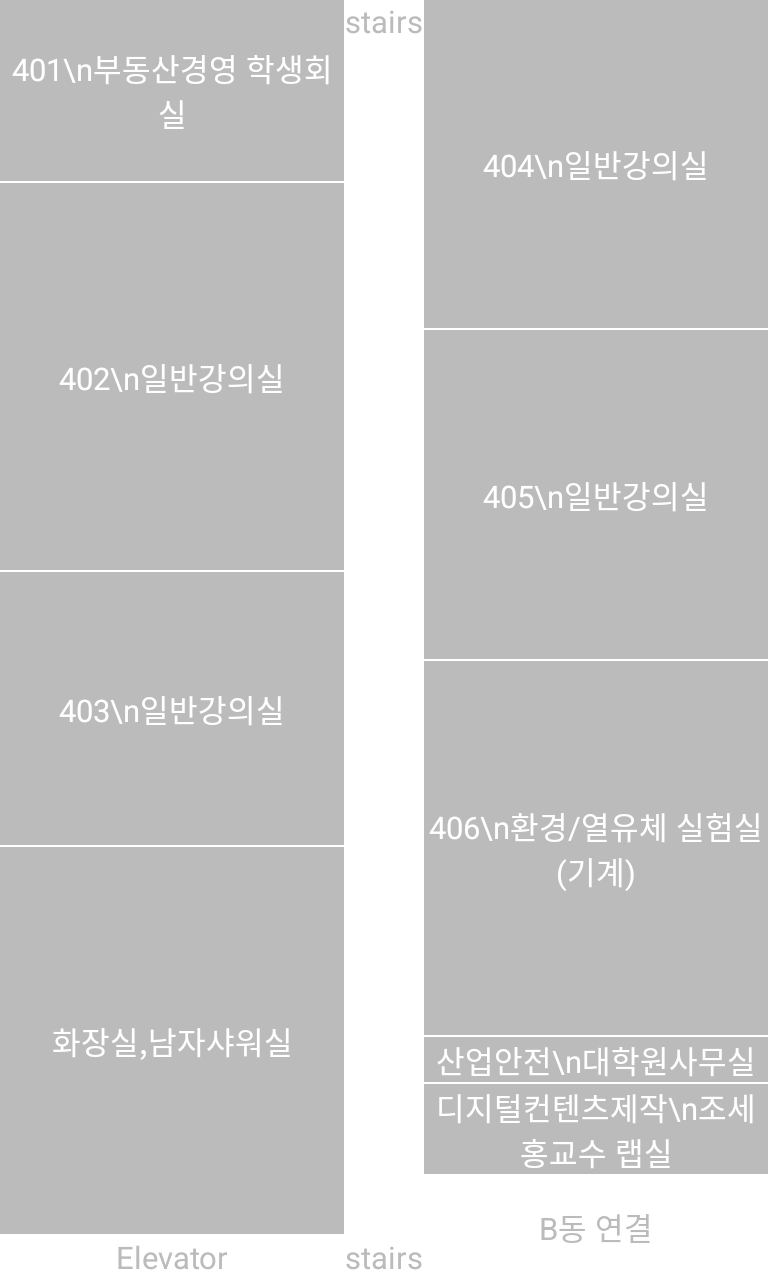
Repository: Choi-HyunWoo/Baddest
Layout: WorkOn_Hyunwoo/hansung.campusmap/res/layout/campus_gonghakb5.xml
These files come from the project's save history. The layout is drawn as it stood at one moment and after the next save; the edit follows.
It is drawn on a 768 x 1280 px phone screen (xhdpi) without system bars, with theme android:Theme.Light.NoTitleBar; the app's code is not run.

Above is the layout before, as saved 2014-05-30 13:14:04.

### WorkOn_Hyunwoo/hansung.campusmap/res/layout/campus_gonghakb5.xml
<?xml version="1.0" encoding="utf-8"?>
<LinearLayout  xmlns:android="http://schemas.android.com/apk/res/android"
    android:baselineAligned="false"
    android:layout_width="match_parent"
    android:layout_height="match_parent"
    android:orientation="horizontal" >

    <LinearLayout
        android:layout_width="fill_parent"
        android:layout_height="match_parent"
        android:layout_weight="1"
        android:orientation="vertical" >

        <Button
            style="@style/RoomButton"
            android:layout_weight="0.8"
            android:text="401\n부동산경영 학생회실" />

        <Button
            android:text="402\n일반강의실"
            android:layout_weight="3"
            style="@style/RoomButton" />
        <Button
            android:text="403\n일반강의실"
            android:layout_weight="2"
            style="@style/RoomButton" />
        <Button
            android:text="화장실,남자샤워실"
            android:layout_weight="3"
            style="@style/RoomButton" />
        <Button
            android:text="Elevator"
            android:layout_weight="0"
            style="@style/WhitePlace" />

    </LinearLayout>

    <RelativeLayout
    	android:layout_width="40dp"
        android:layout_height="match_parent"
        android:orientation="vertical" >
	    <TextView
	        android:text="stairs"
	        style="@style/WhitePlace"
	        android:layout_width="match_parent"
	        android:layout_height="wrap_content"
	        android:layout_alignParentTop="true" />
	    <TextView
	        android:text="stairs"
	        style="@style/WhitePlace"
	        android:layout_width="match_parent"
	        android:layout_height="wrap_content"
	        android:layout_alignParentBottom="true" />
	</RelativeLayout>

    <LinearLayout
        android:layout_width="fill_parent"
        android:layout_height="match_parent"
        android:layout_weight="1"
        android:orientation="vertical" >

        <Button
            android:text="404\n일반강의실"
            android:layout_weight="5"
            style="@style/RoomButton" />

        <Button
            style="@style/RoomButton"
            android:layout_weight="5"
            android:text="405\n일반강의실" />

        <Button
            android:text="406\n환경/열유체 실험실(기계)"
            android:layout_weight="5"
            style="@style/RoomButton" />

        <Button
            style="@style/RoomButton"
            android:layout_height="wrap_content"
            android:text="산업안전\n대학원사무실" />

        <Button
            style="@style/RoomButton"
            android:layout_height="wrap_content"
            android:text="디지털컨텐츠제작\n조세홍교수 랩실" />

        <Button
            android:text="B동 연결"
            android:layout_weight="1"
            style="@style/WhitePlace" />

    </LinearLayout>
</LinearLayout>

### WorkOn_Hyunwoo/hansung.campusmap/res/values/styles.xml
<resources xmlns:android="http://schemas.android.com/apk/res/android">


    <style name="BuildingButton">
        <item name="android:background">@drawable/bt_selector</item>
        <item name="android:textColor">@color/White</item>
        <item name="android:gravity">center</item>
        <item name="android:textSize">6pt</item>
        <item name="android:layout_gravity">fill</item>
        <item name="android:layout_margin">2dp</item>
    </style>
    <style name="MapOthers">
		<item name="android:background">@color/White</item>
        <item name="android:textColor">@color/LightGray</item>
        <item name="android:gravity">center</item>
        <item name="android:textSize">5pt</item>
        <item name="android:layout_gravity">fill</item>
        <item name="android:layout_margin">2dp</item>
    </style>

    <style name="RoomButton">
        <item name="android:background">@drawable/bt_selector</item>
		<item name="android:layout_width">match_parent</item>
        <item name="android:layout_height">wrap_content</item>
        <item name="android:layout_marginBottom">1dp</item>
        <item name="android:gravity">center</item>
        <item name="android:textColor">@color/White</item>
        <item name="android:textSize">7pt</item>
    </style>
    <style name="WhitePlace">
        <item name="android:background">@color/White</item>
		<item name="android:layout_width">match_parent</item>
        <item name="android:layout_height">wrap_content</item>
        <item name="android:layout_marginBottom">1dp</item>
        <item name="android:gravity">center</item>
        <item name="android:textColor">@color/LightGray</item>
        <item name="android:textSize">7pt</item>
    </style>

    <style name="NullPlace">
        <item name="android:background">#dddddd</item>
		<item name="android:layout_width">match_parent</item>
        <item name="android:layout_height">wrap_content</item>
        <item name="android:layout_marginBottom">1dp</item>
        <item name="android:gravity">center</item>
        <item name="android:textColor">@color/LightGray</item>
        <item name="android:textSize">7pt</item>
    </style>

    <style name="FloorButton">
        <item name="android:background">@color/DarkGray</item>
		<item name="android:layout_width">wrap_content</item>
        <item name="android:layout_height">30dp</item>
        <item name="android:layout_marginRight">1dp</item>
        <item name="android:layout_weight">1</item>
        <item name="android:gravity">center</item>
        <item name="android:textColor">@color/White</item>
        <item name="android:textSize">6pt</item>
    </style>


</resources>

### WorkOn_Hyunwoo/hansung.campusmap/res/values/colors.xml
<resources>





    <color name="MainColor">#33B5E5</color>
    <color name="DarkSkyblue">#0099CC</color>
    <color name="White">#FFFFFF</color>
    <color name="Black">#000000</color>
    <color name="LightGray">#BBBBBB</color>
    <color name="DarkGray">#999999</color>

</resources>

### WorkOn_Hyunwoo/hansung.campusmap/res/drawable-hdpi/bt_selector.xml
<?xml version="1.0" encoding="utf-8"?>
<selector xmlns:android="http://schemas.android.com/apk/res/android" >
    <item android:state_pressed="true"
        android:drawable="@color/MainColor" /> <!-- pressed button color -->
    <item
        android:drawable="@color/LightGray" /> <!-- default button color -->
</selector>

After the next save:
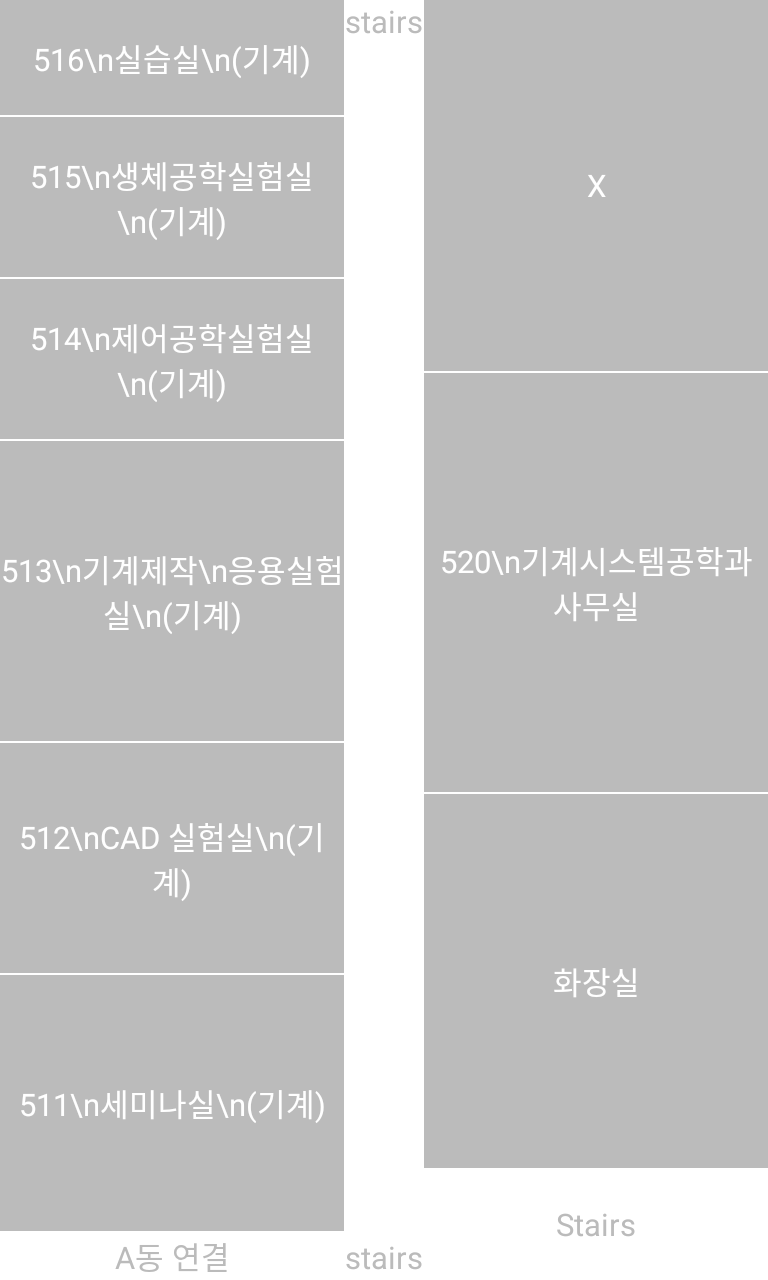
Saved 39 min 49 s later.
--- a/WorkOn_Hyunwoo/hansung.campusmap/res/layout/campus_gonghakb5.xml
+++ b/WorkOn_Hyunwoo/hansung.campusmap/res/layout/campus_gonghakb5.xml
@@ -10,26 +10,32 @@
         android:layout_height="match_parent"
         android:layout_weight="1"
         android:orientation="vertical" >
-
         <Button
-            style="@style/RoomButton"
-            android:layout_weight="0.8"
-            android:text="401\n부동산경영 학생회실" />
-
+            android:text="516\n실습실\n(기계)"
+            android:layout_weight="1"
+            style="@style/RoomButton" />
         <Button
-            android:text="402\n일반강의실"
+            android:text="515\n생체공학실험실\n(기계)"
+            android:layout_weight="1"
+            style="@style/RoomButton" />
+        <Button
+            android:text="514\n제어공학실험실\n(기계)"
+            android:layout_weight="1"
+            style="@style/RoomButton" />
+        <Button
+            android:text="513\n기계제작\n응용실험실\n(기계)"
             android:layout_weight="3"
             style="@style/RoomButton" />
         <Button
-            android:text="403\n일반강의실"
+            android:text="512\nCAD 실험실\n(기계)"
             android:layout_weight="2"
             style="@style/RoomButton" />
         <Button
-            android:text="화장실,남자샤워실"
+            android:text="511\n세미나실\n(기계)"
             android:layout_weight="3"
             style="@style/RoomButton" />
         <Button
-            android:text="Elevator"
+            android:text="A동 연결"
             android:layout_weight="0"
             style="@style/WhitePlace" />
 
@@ -60,32 +66,22 @@
         android:orientation="vertical" >
 
         <Button
-            android:text="404\n일반강의실"
+            android:text="X"
             android:layout_weight="5"
             style="@style/RoomButton" />
 
         <Button
-            style="@style/RoomButton"
-            android:layout_weight="5"
-            android:text="405\n일반강의실" />
-
-        <Button
-            android:text="406\n환경/열유체 실험실(기계)"
+            android:text="520\n기계시스템공학과 사무실"
             android:layout_weight="5"
             style="@style/RoomButton" />
 
         <Button
-            style="@style/RoomButton"
-            android:layout_height="wrap_content"
-            android:text="산업안전\n대학원사무실" />
+            android:text="화장실"
+            android:layout_weight="5"
+            style="@style/RoomButton" />
 
         <Button
-            style="@style/RoomButton"
-            android:layout_height="wrap_content"
-            android:text="디지털컨텐츠제작\n조세홍교수 랩실" />
-
-        <Button
-            android:text="B동 연결"
+            android:text="Stairs"
             android:layout_weight="1"
             style="@style/WhitePlace" />
 
